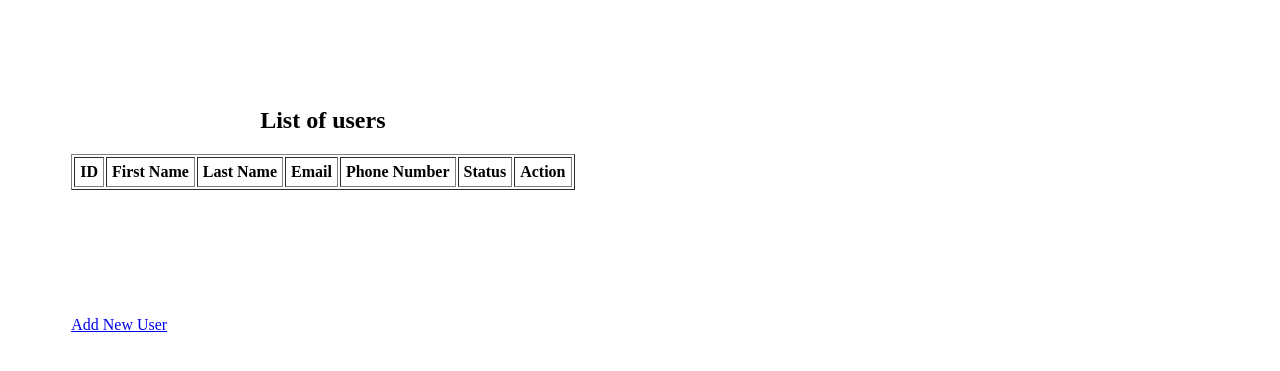
Repository: aniketaag/Test-Application
Page: http://localhost/evolent/WEB-INF/views/user_list.jsp
The author's editor kept a copy of each file at every save. The page is drawn from the files as they stood at one save, then again after the next save.
The browser window is 1280 px wide. The pictures show the whole page.
The page is served by Tomcat 9. Nobody is signed in. The template is opened directly, without the code that normally fills it, so the values that code supplies are empty.

Above is the page before, as saved 2020-01-20 15:45:17.

After the next save:
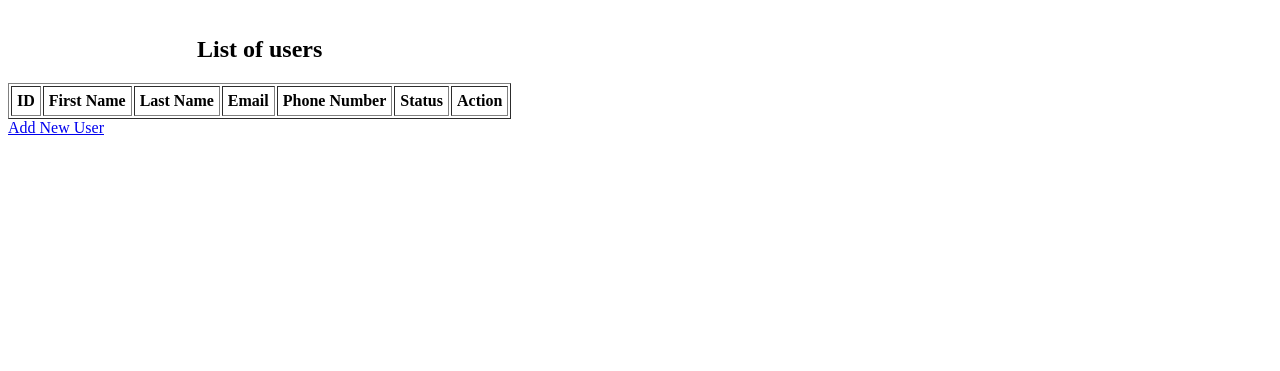
Saved 10 s later.
--- a/evolent/src/main/webapp/WEB-INF/views/user_list.jsp
+++ b/evolent/src/main/webapp/WEB-INF/views/user_list.jsp
@@ -10,9 +10,7 @@
 <meta http-equiv="Content-Type" content="text/html; charset=UTF-8">
 <title>List Users Records</title>
 <style>
-div{
-	padding:5%;
-}
+
 </style>
 </head>
 <body>
